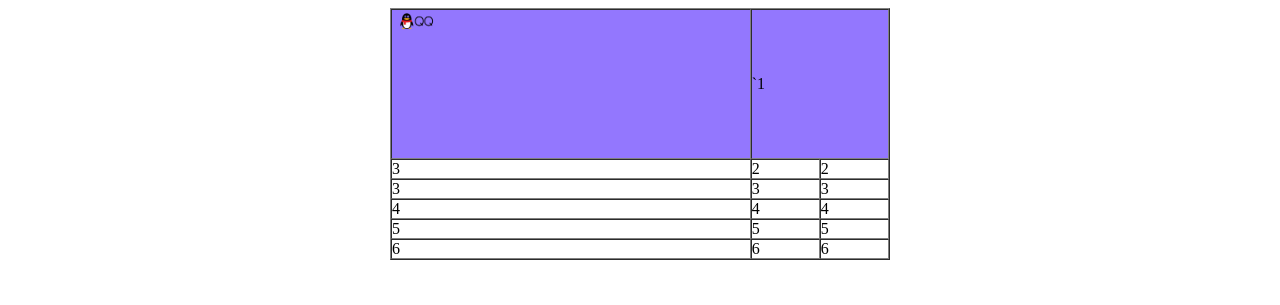
Repository: l897284707/0913
Page: page06表格做QQ.html
The author's editor kept a copy of each file at every save. The page is drawn from the files as they stood at one save, then again after the next save.
The browser window is 1280 px wide. The pictures show the whole page.

Above is the page before, as saved 2022-09-13 18:47:42.

### page06表格做QQ.html
<!DOCTYPE html>
<html lang="en">

<head>
    <meta charset="UTF-8">
    <meta http-equiv="X-UA-Compatible" content="IE=edge">
    <meta name="viewport" content="width=device-width, initial-scale=1.0">
    <title>Document</title>
</head>

<body>
    <table border="1" cellspacing="0" cellpadding="0" align="center" width="500">
        <tr style="background-color:#9377fe ; height: 150px;">
            <td valign="top" ailgn="left"><img src="/img/图片1.png" alt="qq图片" width="50"></td>
            <td colspan="2">
                `1
            </td>

        </tr>
        <tr>
            <td rowspan="">3</td>
            <td>2</td>
            <td>2</td>
        </tr>
        <tr>
            <td>3</td>
            <td>3</td>
            <td>3</td>
        </tr>
        <tr>
            <td>4</td>
            <td>4</td>
            <td>4</td>
        </tr>
        <tr>
            <td>5</td>
            <td>5</td>
            <td>5</td>
        </tr>
        <tr>
            <td>6</td>
            <td>6</td>
            <td>6</td>
        </tr>
    </table>

</body>

</html>

After the next save:
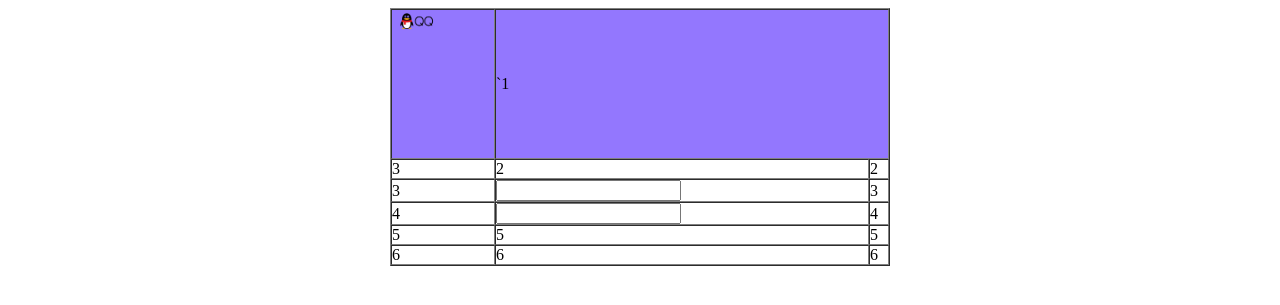
Saved 38 s later.
--- a/page06表格做QQ.html
+++ b/page06表格做QQ.html
@@ -24,12 +24,12 @@
         </tr>
         <tr>
             <td>3</td>
-            <td>3</td>
+            <td><input type="text"></td>
             <td>3</td>
         </tr>
         <tr>
             <td>4</td>
-            <td>4</td>
+            <td><input type="password"></td>
             <td>4</td>
         </tr>
         <tr>
